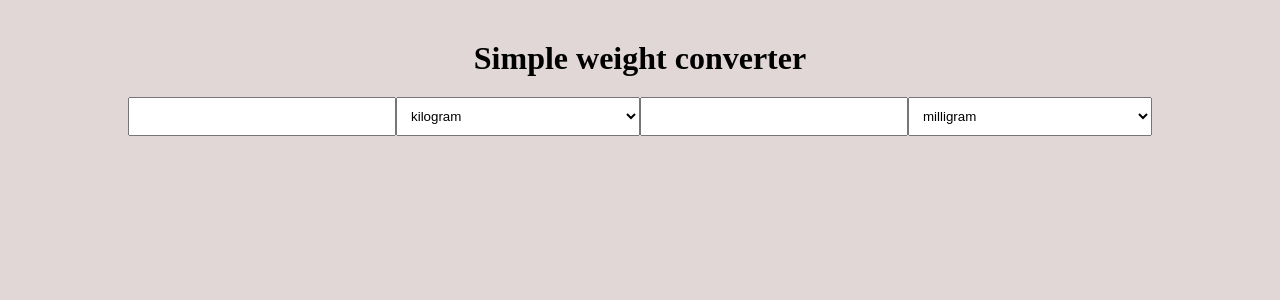
Repository: Eugene44-hub/weight-converter
Page: index.html
The author's editor kept a copy of each file at every save. The page is drawn from the files as they stood at one save, then again after the next save.
The browser window is 1280 px wide. The pictures show the whole page.

Above is the page before, as saved 2021-09-20 05:00:27.

### index.html
<!DOCTYPE html>
<html lang="en">

<head>
    <meta charset="UTF-8">
    <meta http-equiv="X-UA-Compatible" content="IE=edge">
    <meta name="viewport" content="width=device-width, initial-scale=1.0">
    <link rel="stylesheet" href="style.css">
    <title>Document</title>
</head>

<body>
    <div class="converter">
        <h1>Simple weight converter</h1>

        <input type="number" id="typed">
        <select name="" id="in-weight">
      <option value="kg">kilogram</option>
      <option value="ou">ounce</option>
      <option value="mg">milligram</option>
    </select>
        <input type="number" id="output">
        <select name="" id="out-weight">
      <option value="mg">milligram</option>
      <option value="ou">ounce</option>
      <option value="kg">kilogram</option>
    </select>
    </div>
    <script src="app.js"></script>
</body>

</html>

### style.css
* {
    padding: 0;
    margin: 0;
}

body {
    background-color: rgb(226, 215, 215);
}

input {
    padding: 10px;
    flex: 10%;
}

h1 {
    text-align: center;
    flex: 100%;
    margin-bottom: 20px;
}

select {
    padding: 10px;
    flex: 10%;
}

.converter {
    display: flex;
    flex-wrap: wrap;
    justify-content: space-between;
    padding: 20px;
    margin: 20px auto;
    width: 80%;
}

### app.js
let typed = document.querySelector('#typed');
let output = document.querySelector('#output');
let select = document.querySelector('#in-weight');
let select2 = document.querySelector('#out-weight');

function selectTwo(val) {
    select2.addEventListener('change', e => {
        if (select2.value === 'mg' && select.value === 'kg') {
            output.value = val * Math.pow(10, 6)
        } else if (select2.value === "ou" && select.value === 'mg') {
            output.value = val * 0.000035274
        } else if (select2.value === "ou" && select.value === 'kg') {
            output.value = val * 35.274
        } else if (select2.value === "kg" && select.value === 'ou') {
            output.value = val / 35.274
        } else if (select2.value === "mg" && select.value === 'ou') {
            output.value = val / 0.000035274
        } else if (select2.value === "kg" && select.value === 'mg') {
            output.value = val / Math.pow(10, 6)
        } else {
            output.value = typed.value
        }

    })
}

function selectOne(val) {
    select.addEventListener('change', e => {

        if (select2.value === 'mg' && select.value === 'kg') {
            typed.value = val / Math.pow(10, 6)
        } else if (select2.value === "mg" && select.value === 'ou') {
            typed.value = val * 0.000035274
        } else if (select2.value === "ou" && select.value === 'kg') {
            typed.value = val / 35.274
        } else if (select2.value === "kg" && select.value === 'ou') {
            typed.value = val * 35.274
        } else if (select2.value === "ou" && select.value === 'mg') {
            typed.value = val / 0.000035274
        } else if (select2.value === "kg" && select.value === 'mg') {
            typed.value = val * Math.pow(10, 6)
        } else { typed.value = output.value }
    })
}


typed.addEventListener('input',
    e => {

        if (select2.value === 'mg' && select.value === 'kg') {
            output.value = Number(e.target.value) * Math.pow(10, 6)
        } else if (select2.value === "ou" && select.value === 'mg') {
            output.value = Number(e.target.value) * 0.000035274
        } else if (select2.value === "ou" && select.value === 'kg') {
            output.value = Number(e.target.value) * 35.274
        } else if (select2.value === "kg" && select.value === 'ou') {
            output.value = Number(e.target.value) / 35.274
        } else if (select2.value === "mg" && select.value === 'ou') {
            output.value = Number(e.target.value) / 0.000035274
        } else if (select2.value === "kg" && select.value === 'mg') {
            output.value = Number(e.target.value) / Math.pow(10, 6)
        } else {
            output.value = typed.value
        }
        selectTwo(Number(e.target.value))
    })

output.addEventListener('input',
    e => {
        if (select2.value === 'mg' && select.value === 'kg') {
            typed.value = Number(e.target.value) / Math.pow(10, 6)
        } else if (select2.value === "mg" && select.value === 'ou') {
            typed.value = Number(e.target.value) * 0.000035274
        } else if (select2.value === "ou" && select.value === 'kg') {
            typed.value = Number(e.target.value) / 35.274
        } else if (select2.value === "kg" && select.value === 'ou') {
            typed.value = Number(e.target.value) * 35.274
        } else if (select2.value === "ou" && select.value === 'mg') {
            typed.value = Number(e.target.value) / 0.000035274
        } else if (select2.value === "kg" && select.value === 'mg') {
            typed.value = Number(e.target.value) * Math.pow(10, 6)
        } else { typed.value = output.value }
        selectOne(Number(e.target.value))
    })

After the next save:
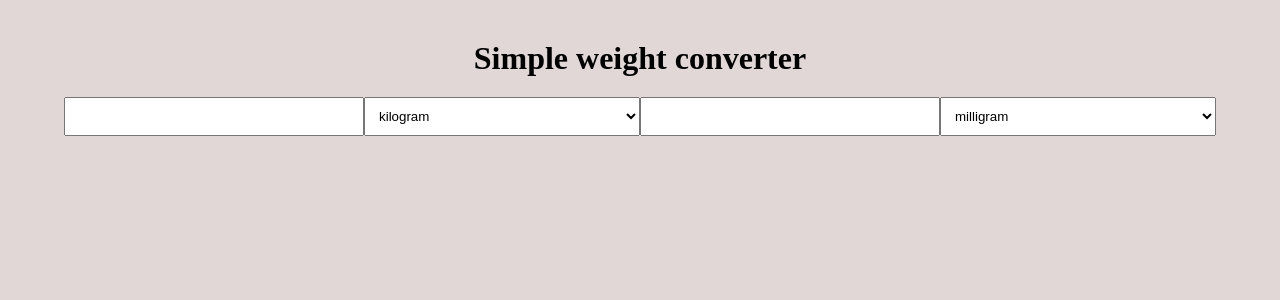
Saved 8 s later.
--- a/style.css
+++ b/style.css
@@ -29,5 +29,5 @@ select {
     justify-content: space-between;
     padding: 20px;
     margin: 20px auto;
-    width: 80%;
+    width: 90%;
 }
